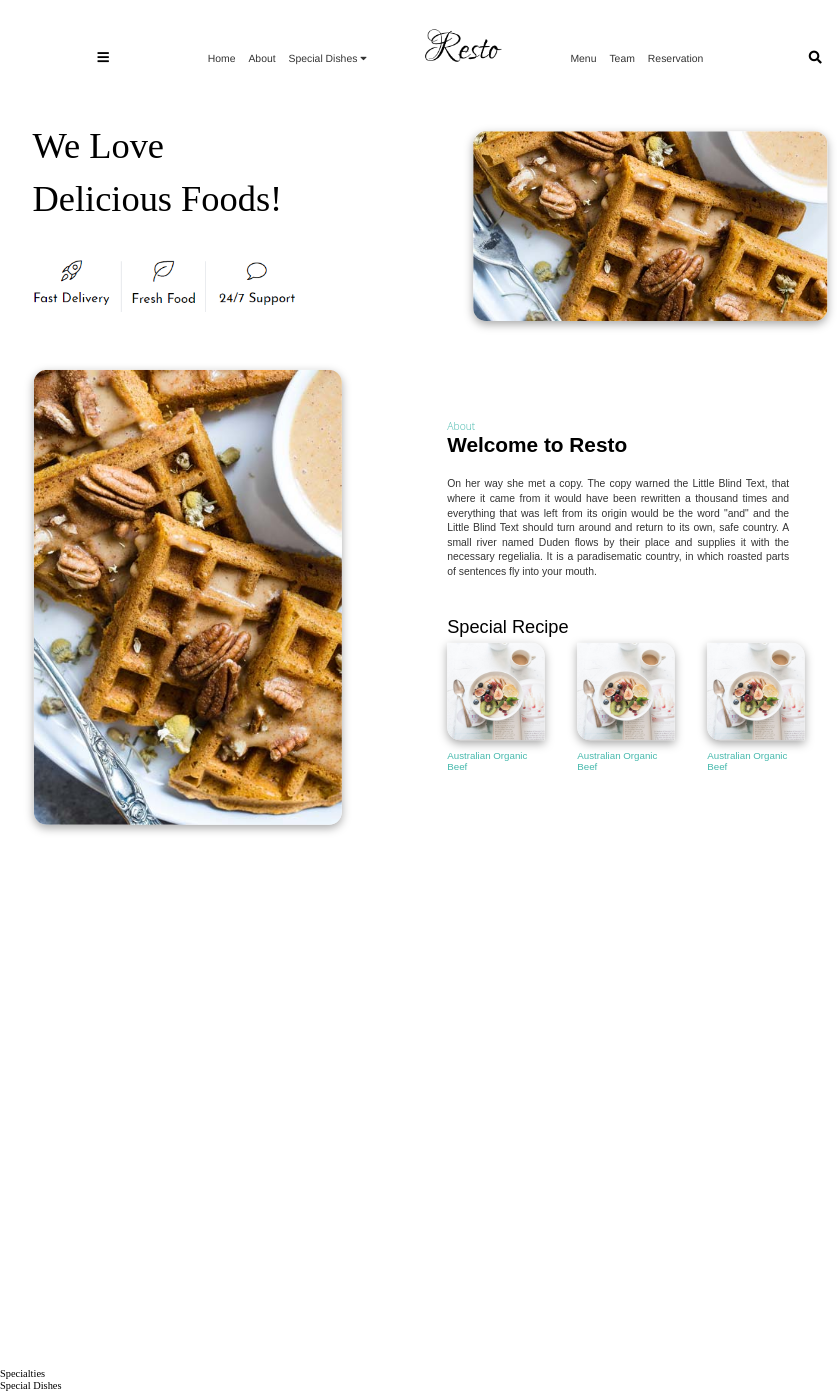
Repository: nguyenanhtuanHDU/myrestaurant
Page: index.html
An editor plug-in stored every save of this project. The page is shown before and after a run of saves, followed by the edit.
The browser window is 1280 px wide. The page is 1288 px wide, so the pictures cover 1288 px, including what lies to the right of the window. The pictures show the whole page, at 65% of full size.

Above is the page before, as saved 2022-02-07 09:13:31.

### index.html
<!DOCTYPE html>
<html lang="en">
<head>
    <meta charset="UTF-8">
    <meta http-equiv="X-UA-Compatible" content="IE=edge">
    <meta name="viewport" content="width=device-width, initial-scale=1.0">
    <link rel="stylesheet" href="./assets/style.css">
    <link rel="stylesheet" href="./assets/icon/fontawesome-free-5.15.4-web/css/all.css">
    <link rel="stylesheet" href="./assets/main.js">
    <link rel="stylesheet" href="./aos/aos.css">
    <title>Resto</title>

</head>
<body>
    <div id="main">
        <div id="header">

            <i class="fas fa-bars" ></i>

            <ul id="nav_1" >
                <li><a href="">Home</a></li>
                <li><a href="">About</a></li>
                <li>
                <a href="">
                    Special Dishes
                    <i class="fas fa-caret-down"></i>
                </a>
                <ul class="subnav_1">
                    <li><a href="">
                        <i class="fas fa-caret-right"></i>
                        Beef Steak Sauce
                    </a></li>
                    <li><a href="">
                        <i class="fas fa-caret-right"></i>
                        Salmon Zucchini
                    </a></li>
                </ul>
                </li>
            </ul>

            <img src="./assets/image/logo.png" alt="" class="img_header" >

            <div id="nav_2">
                <ul>
                    <li><a href="">Menu</a></li>
                    <li><a href="">Team</a></li>
                    <li><a href="">Reservation</a></li>
                </ul>
            </div>

            <i class="fas fa-search"></i>

        </div>

        <div id="introduce">

            <div class="content">
                <h1 class="content_heading1">We Love</h1>
                <h1 class="content_heading2">Delicious Foods!</h1>
                <div class="list_content">
                    <img src="/assets/image/Content/1.png" alt="" class="img_content">
                    <img src="/assets/image/Content/2.png" alt="" class="img_content">
                    <img src="/assets/image/Content/3.png" alt="" class="img_content">

                </div>

                <div class="slider_dish">
                    <img class="img_dish" src="./assets/image/hero-1.jpg" >
                    <img class="img_dish" src="./assets/image/hero-2.jpg" >
                    <img class="img_dish" src="./assets/image/hero-3.jpg" >
                </div>
            </div>



            <div class="about">
                <img src="./assets/image/hero-2.jpg" alt="" class="img_about">
                <div class="about_content">
                    <div class="about_heading">About</div>
                    <div class="about_title">Welcome to Resto </div>
                    <div class="content_para">On her way she met a copy. The copy warned the Little Blind Text, that where it came from it would have been rewritten a thousand times and everything that was left from its origin would be the word "and" and the Little Blind Text should turn around and return to its own, safe country. A small river named Duden flows by their place and supplies it with the necessary regelialia. It is a paradisematic country, in which roasted parts of sentences fly into your mouth.

                    </div>

                    <div class="about_dish">
                        <div class="dish_title">Special Recipe </div>
                        <div class="list_dish">
                            <div class="dish_items">
                                <img src="./assets/image/hero-1.jpg" alt="" class="dish_img">
                                <div class="dish_name">Australian Organic Beef</div>
                            </div>
                            <div class="dish_items">
                                <img src="./assets/image/hero-1.jpg" alt="" class="dish_img">
                                <div class="dish_name">Australian Organic Beef</div>
                            </div>
                            <div class="dish_items">
                                <img src="./assets/image/hero-1.jpg" alt="" class="dish_img">
                                <div class="dish_name">Australian Organic Beef</div>
                            </div>

                        </div>
                    </div>
                </div>
            </div>
        </div>

        <div id="special">
            <div class="content_special">
                <div class="title_spe">Specialties</div>
                <div class="heading_spe">Special Dishes
                </div>
            </div>
        </div>

        <div id="menu">

        </div>

        <div id="team">

        </div>

        <div id="book">

        </div>

        <div id="footer">

        </div>
    </div>


    <script src="./assets/main.js">

    </script>
    <script src="./aos/aos.js">
        AOS.init();

    </script>


</body>
</html>

### assets/style.css
*{
    margin: 0;
    padding: 0;
    box-sizing: border-box;
}

#header{

    margin-top: 45px;
    margin-left: 150px;
}
#header .fa-bars:hover{
    color: #45b8ac;
    cursor: pointer;
    transform: rotate(360deg);
    transition: .6s ease;
}
#header .fa-bars{
    display: inline-block;
    margin-right: 140px;
    font-size: 20px;
}
#header .fa-search{
    font-size: 20px;
    margin-left: 150px;
}
#header .fa-search:hover{
    color: #45b8ac;
    cursor: pointer;
    font-size: 30px;
    transition: 0.4s ease;
}
#nav_1{
    display: inline-block;

}
#nav_1 > li {
    display: inline-block;
    position: relative;
}
#nav > li:hover{
    display: block;
}

#nav_1 > li > a {
    position: relative;
    font-family: Helvetica, Arial, sans-serif;
    opacity: 0.8;
    display: block;
    color: black;
    text-decoration: none;
    padding: 6px 8px;
}
#nav_1 > li > a:before {
    content: '';
    position: absolute;
    bottom: 0;
    left: 0;
    background-color: #45b8ac;
    height: 3px;
    width: 0%;
    transition: 0.6s ease ;
}
#nav_1 > li > a:hover:before {
    width: 100%;
}
#nav_1 li:hover .subnav_1{
    display: block;
    animation: subnav-1 1s ease ;
}
@keyframes subnav-1{
    0%{
        opacity: 0;
        left: 100px;
    }
    50%{
        left: -20px;
    }
    100%{
        left: 0;
    }

}
.subnav_1{
    position: absolute;
    top: 30px;
    opacity: 1;
    width: 162px;
    display: none;
    z-index: 2;
    overflow: hidden;
    border-top-right-radius: 19px;
    border-bottom-right-radius: 19px;
    box-shadow: rgba(0, 0, 0, 0.35) 0px 5px 15px;
}
.subnav_1 li{
    display: block;
}

.subnav_1 li a{
    position: relative;
    font-family: Helvetica, Arial, sans-serif;
    opacity: 0.8;
    color: black;
    text-decoration: none;
    padding: 6px 8px;
    display: block;
}

.subnav_1 li a:before{
    content: "";
    position: absolute;
    top: 0;
    left: 0;
    background-color: #45b8ac;
    height: 100%;
    width: 0%;
    z-index: -1;
    transition: 0.8s ease;
}
.subnav_1 li a:hover:before{
    background-color: #45b8ac;
    width: 100%;
    height: 100%;
}



.img_header{
    width: 117.25px;
    height: 50px;
    margin-left: 78px;
    margin-right: 94px;

}
#nav_2{
    display: inline-block;
}
#nav_2 li {
    display: inline-block;
}

#nav_2 li a {
    position: relative;
    text-decoration: none;
    color: black;
    font-family: Helvetica, Arial, sans-serif;
    opacity: 0.8;
    padding: 6px 8px;
}
#nav_2 li a:before {
    content: '';
    position: absolute;
    bottom: 0;
    left: 0;
    background-color: #45b8ac;
    height: 3px;
    width: 0%;
    transition: 0.6s ease;
}
#nav_2 li a:hover:before {
    width: 100%;
}
#introduce{
    position: relative;
    height: 2000px;
}
.content{
    position: absolute;
    top: 86px;
    left: 50px;
}
.content_heading1{
    font-size: 3.5rem;
    font-weight: 300;
    line-height: 1.2;
}
.content_heading2{
    font-size: 3.5rem;
    font-weight: 300;
    line-height: 1.2;
    padding-top: 14px;
    padding-bottom: 59px;
}
.slider_dish{

}
.img_dish{
    position: absolute;
    width: 545px;
    height: 292px;
    object-fit: cover;
    top: 11px;
    left: 167%;
    box-shadow: rgba(0, 0, 0, 0.35) 0px 5px 15px;
    border-radius: 20px;
}
.about{
    position: absolute;
    top: 29em;
}
.img_about{
    width: 474px;
    height: 700px;
    object-fit: cover;
    margin-left: 52px;
    border-radius: 20px;
    box-shadow: rgba(0, 0, 0, 0.35) 0px 5px 15px;

}
.about_content{
    position: absolute;
    top: 76px;
    left: 43em;
    width: 100%;
}
.about_heading{
    color: #45b8ac;
    font-family: 'Open Sans',sans-serif;
    font-weight: 300;
}
.about_title{
    font-family: 'Josefin Sans',sans-serif;
    font-weight: 700;
    font-size: 32px;
    margin-bottom: 30px;
}
.content_para{
    font-family: 'Josefin Sans',sans-serif;
    text-align: justify;
    opacity: 0.8;
    line-height: 1.4;
    margin-bottom: 58px;
}
.about_dish{
    position: absolute;
}
.list_dish{
    display: flex;
}
.dish_items{
    margin-right: 50px;
}
.dish_title{
    font-family: 'Josefin Sans',sans-serif;
    font-weight: 400;
    font-size: 28px;
    margin-bottom: 8px;
}
.dish_img{
    width: 150px;
    height: 150px;
    box-shadow: rgba(0, 0, 0, 0.35) 0px 5px 15px;
    border-radius: 0 20px;
}
.dish_name{
    font-family: 'Josefin Sans',sans-serif;
    font-weight: 400;
    margin-top: 10px;
    font-size: 15px;
    color: #45b8ac;

}

### assets/main.js

var myIndex = 0;
        carousel();

        function carousel() {
          var i;
          var x = document.getElementsByClassName("img_dish");
          for (i = 0; i < x.length; i++) {
            x[i].style.display = "none";
          }
          myIndex++;
          if (myIndex > x.length) {myIndex = 1}
          x[myIndex-1].style.display = "block";
          setTimeout(carousel, 3000);
        }

Loaded but not shown: assets/icon/fontawesome-free-5.15.4-web/css/all.css (library); aos/aos.css (library); aos/aos.js (library)

After the next 2 saves:
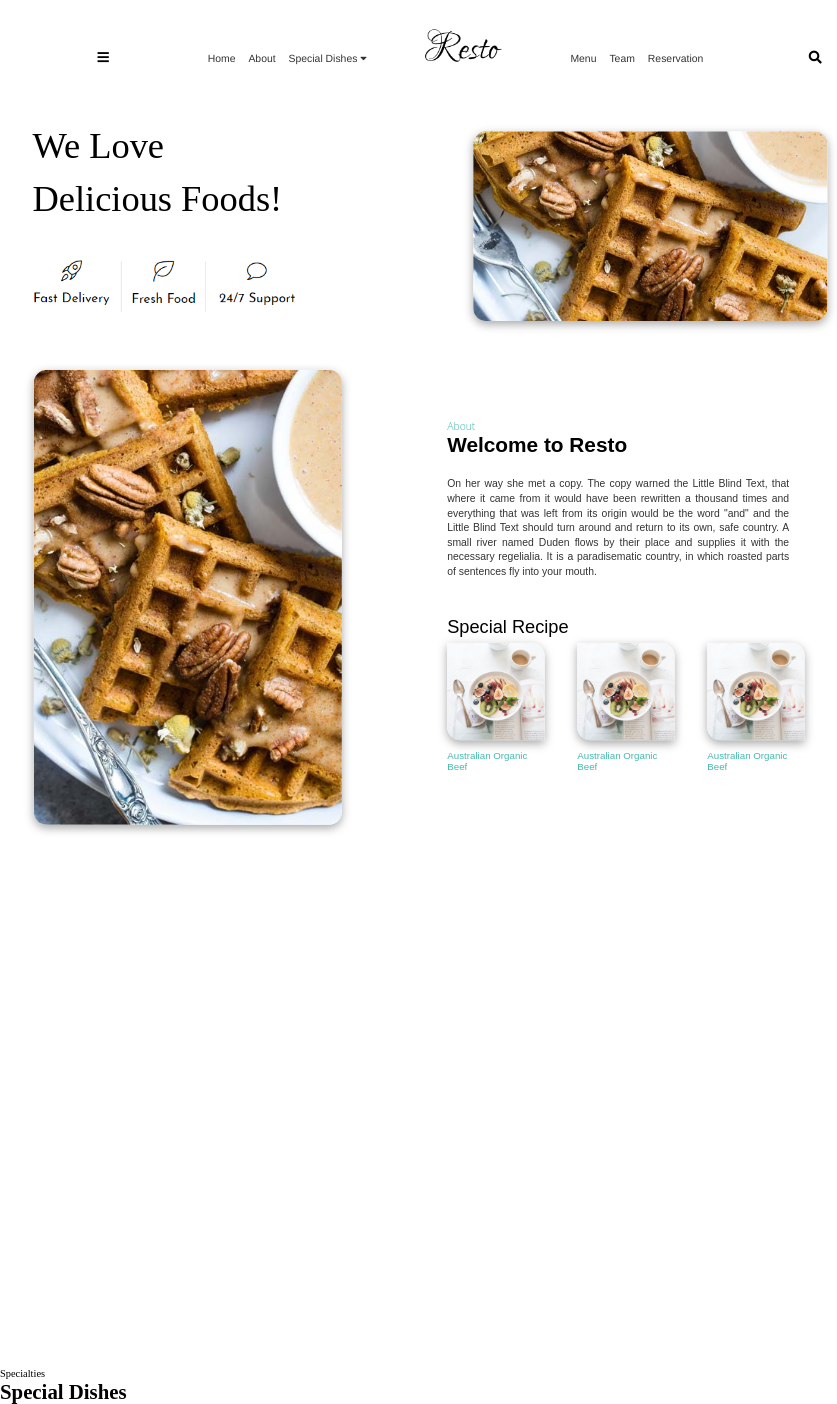
The 2 saves are shown as one change because they came seconds apart.
The last was saved 7 s later.
--- a/index.html
+++ b/index.html
@@ -107,8 +107,8 @@
         <div id="special">
             <div class="content_special">
                 <div class="title_spe">Specialties</div>
-                <div class="heading_spe">Special Dishes
-                </div>
+                <h1 class="heading_spe">Special Dishes
+                </h1>
             </div>
         </div>
 
